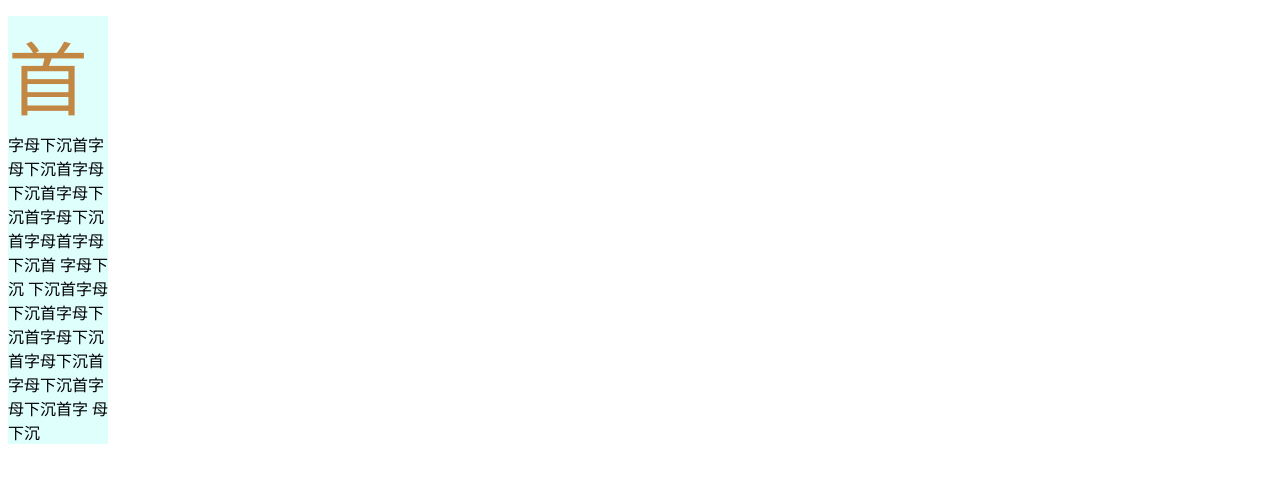
Repository: Gin1217/frontStudy
Page: first-letter.html
An editor plug-in stored every save of this project. The page is shown before and after the next save, followed by the edit.
The browser window is 1280 px wide. The pictures show the whole page.

Above is the page before, as saved 2021-03-12 22:27:54.

After the next save:
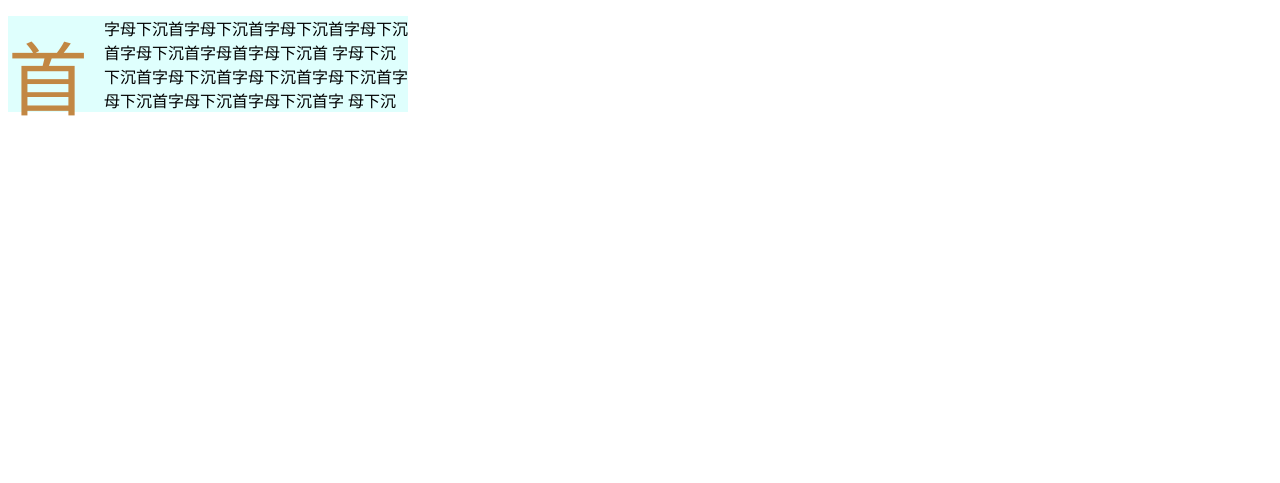
Saved 24 s later.
--- a/first-letter.html
+++ b/first-letter.html
@@ -9,7 +9,7 @@
 
     <style>
         .body {
-            width: 100px;
+            width: 400px;
             background-color: #dffffd;
         }
 
